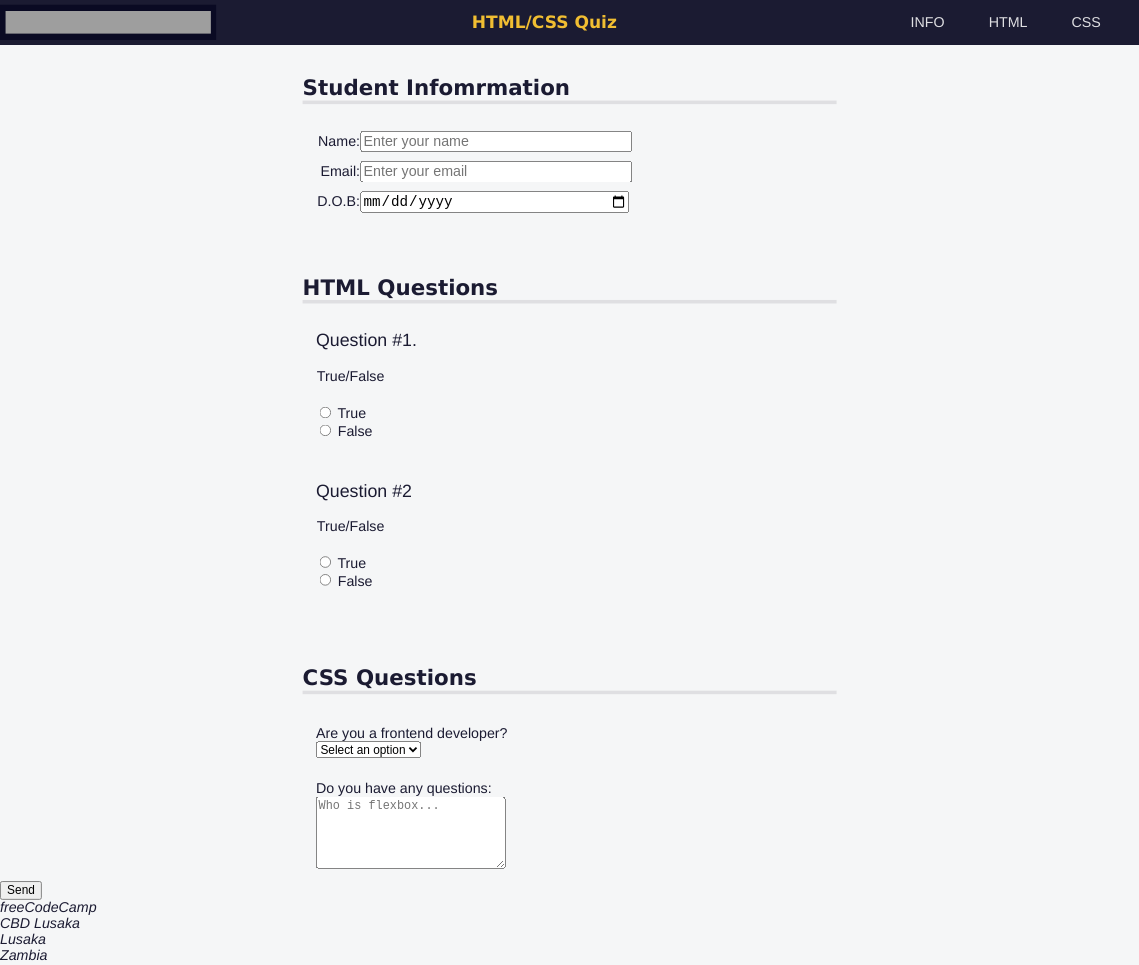
Repository: Lungdjos/accessibility_build_quiz
Page: index.html
These files come from the project's save history. The page is drawn as it stood at one moment and after the next save; the edit follows.
The browser window is 1280 px wide. The pictures show the whole page, at 89% of full size.
Pictures or frames that could not be fetched are drawn as grey boxes.

Above is the page before, as saved 2023-10-30 09:48:54.

After the next save:
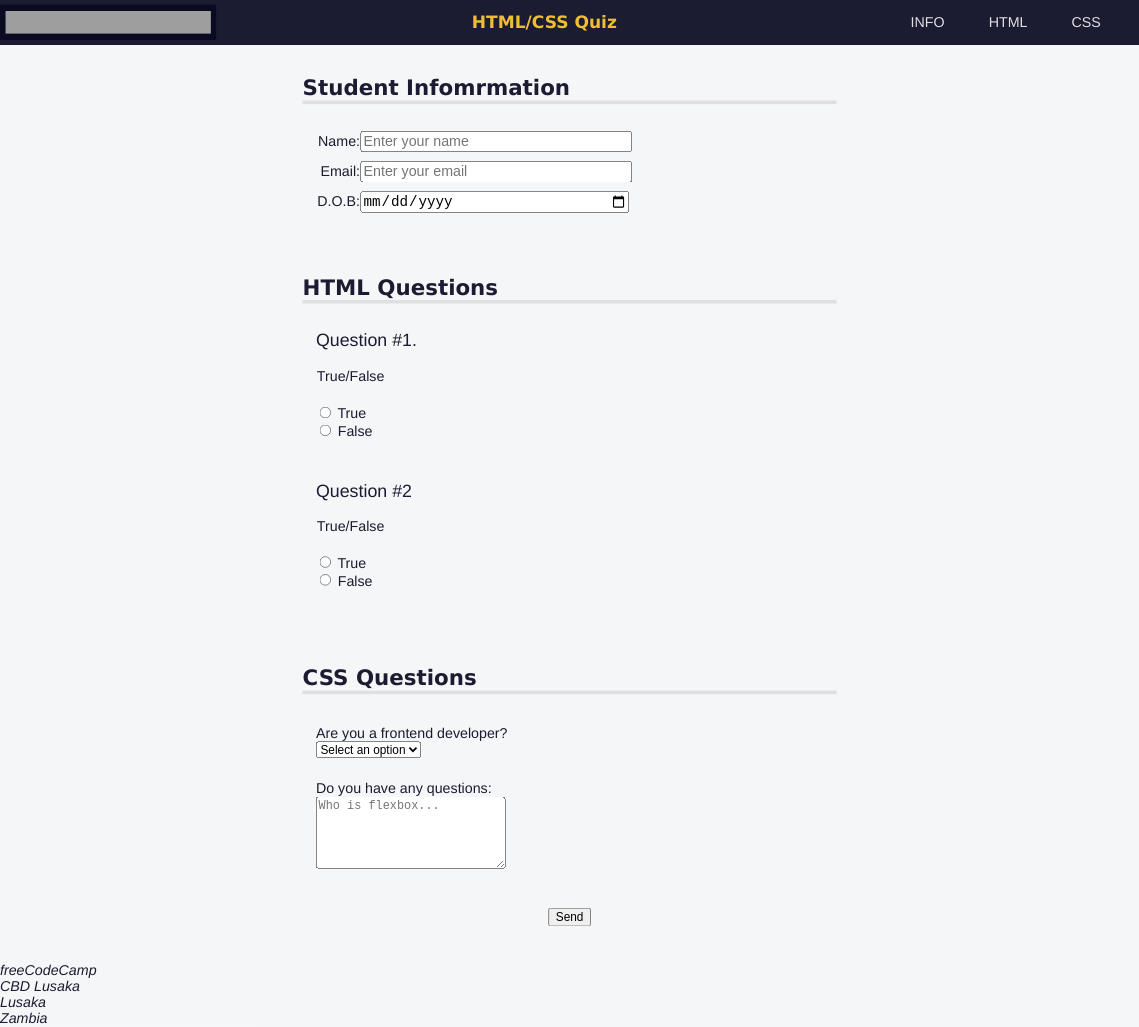
Saved 9 s later.
--- a/styles.css
+++ b/styles.css
@@ -172,7 +172,7 @@ input {
 
 button {
     display: block;
-    margin: 0;
+    margin: 40px auto;
 }
 
 
